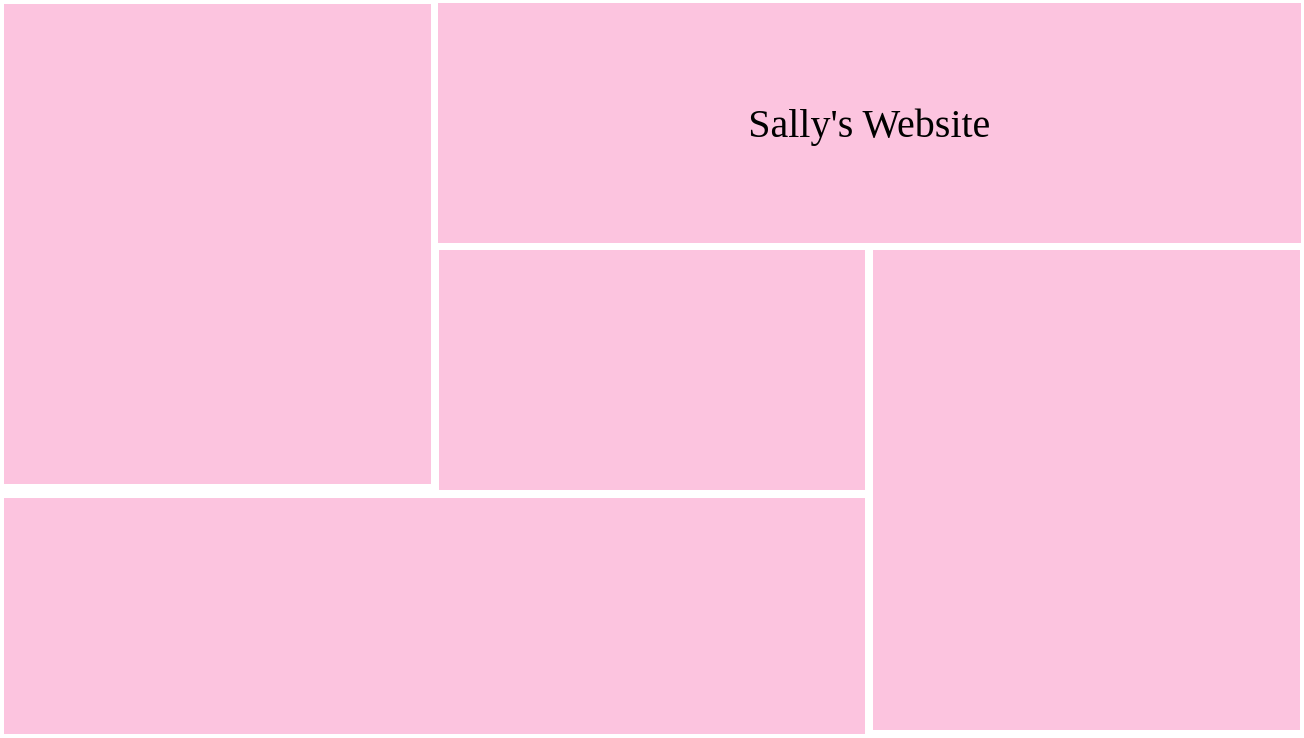
Repository: tianjiewang2022/tianjiewang2022.github.io
Page: index.html
These files come from the project's save history. The page is drawn as it stood at one moment and after the next save; the edit follows.
The browser window is 1280 px wide. The page is 1304 px wide, so the pictures cover 1304 px, including what lies to the right of the window. The pictures show the whole page.

Above is the page before, as saved 2023-10-03 18:55:42.

### index.html
<!DOCTYPE html>
<html lang="en">

    <head>
        <meta charset="UTF-8">
        <meta name="viewport" content="width=device-width, initial-scale=1.0">
        <title>Sally's Webpage</title>
        <style>
            body {
                margin: 0;
                padding: 0;
                display: grid;
                grid-template-rows: repeat(3, 1fr);
                grid-template-columns: repeat(3, 1fr);
                height: 100vh;
            }

            header {
                background-color: rgb(252, 196, 223);
                color: rgb(0, 0, 0);
                grid-column: 2 / span 2;
                grid-row: 1 / span 1;
                display: flex;
                justify-content: center;
                align-items: center;
                font-size: 40px;
                z-index: 100;
                height: calc(100vh / 3);
                /* Set the height of the header */
                border: 3px solid #fff;
            }

            .left_bar {
                background-color: rgb(252, 196, 223);
                grid-row: 1 / span 2;
                grid-column: 1 / span 1;
                height: calc(2 * (100vh / 3));
                /* Set the height of the left bar */
                width: calc(1 * (100vw / 3));
                /* Set the width of the left bar */
                /* Position the left bar at the left side */
                border: 4px solid #fff;
            }

            .main_area {
                background-color: rgb(252, 196, 223);
                grid-row: 2 / span 1;
                grid-column: 2 / span 1;
                display: flex;
                grid-template-columns: 1fr;
                flex-wrap: wrap;
                justify-content: center;
                position: relative;
                height: calc(1 * (100vh / 3));
                width: calc(1 * (100vw / 3));
                align-items: center;
                border: 4px solid #fff;
            }

            .right_bar {
                background-color: rgb(252, 196, 223);
                grid-row: 2 / span 2;
                grid-column: 3 / span 1;
                height: calc(2 * (100vh / 3));
                /* Set the height of the left bar */
                width: calc(1 * (100vw / 3));
                /* Set the width of the left bar */
                /* Position the left bar at the left side */
                border: 4px solid #fff;
            }

            footer {
                background-color: rgb(252, 196, 223);
                grid-column: 1 / span 2;
                grid-row: 3 / span 1;
                /* Place the footer in the last row */
                display: flex;
                justify-content: center;
                align-items: center;
                z-index: 100;
                /* Set the height of the footer */
                border: 4px solid #fff;
            }
        </style>
    </head>

    <body>
        <header>
            Sally's Website
        </header>

        <!-- Your content goes here -->
        <div class="left_bar"></div>
        <div class="main_area"> <!-- Centered box -->
        </div>
        <span class="right_bar"></span>

        <footer></footer>
    </body>

</html>

After the next save:
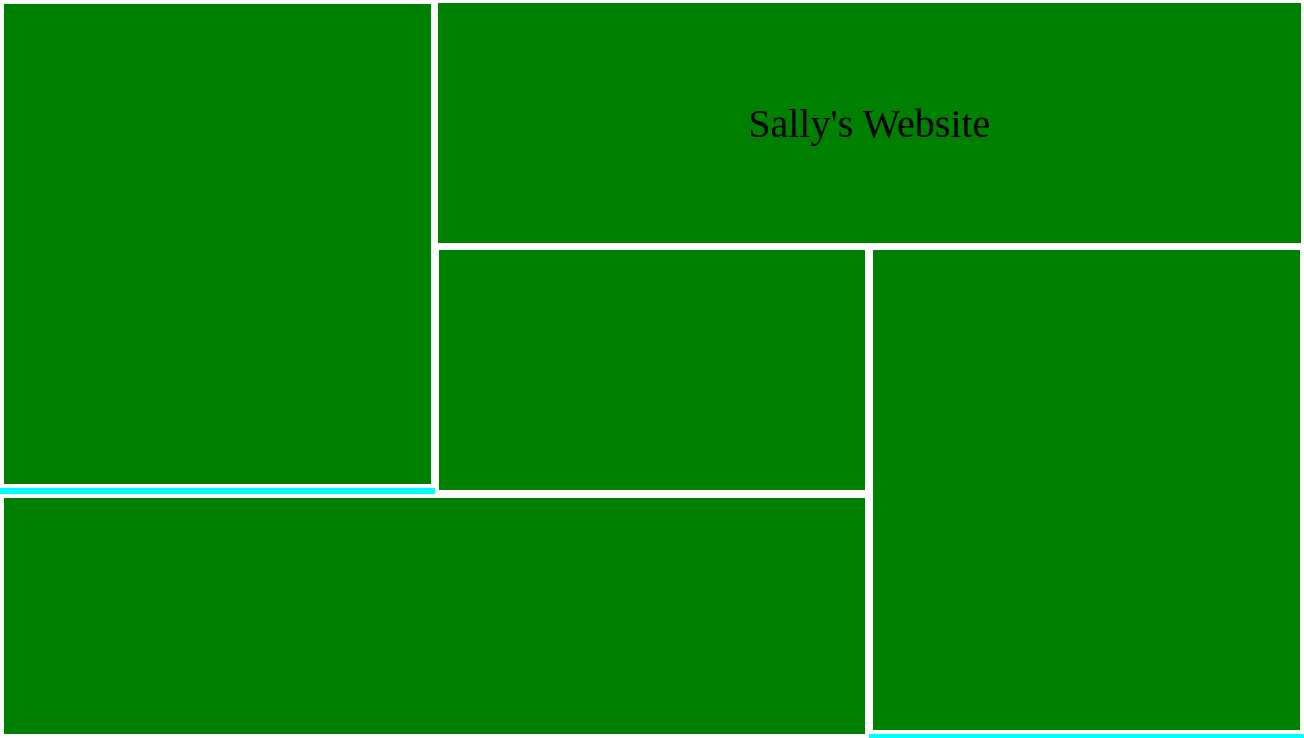
Saved 67 s later.
--- a/index.html
+++ b/index.html
@@ -13,10 +13,11 @@
                 grid-template-rows: repeat(3, 1fr);
                 grid-template-columns: repeat(3, 1fr);
                 height: 100vh;
+                background-color: aqua;
             }
 
             header {
-                background-color: rgb(252, 196, 223);
+                background-color: green;
                 color: rgb(0, 0, 0);
                 grid-column: 2 / span 2;
                 grid-row: 1 / span 1;
@@ -31,7 +32,7 @@
             }
 
             .left_bar {
-                background-color: rgb(252, 196, 223);
+                background-color: green;
                 grid-row: 1 / span 2;
                 grid-column: 1 / span 1;
                 height: calc(2 * (100vh / 3));
@@ -43,7 +44,7 @@
             }
 
             .main_area {
-                background-color: rgb(252, 196, 223);
+                background-color: green;
                 grid-row: 2 / span 1;
                 grid-column: 2 / span 1;
                 display: flex;
@@ -58,7 +59,7 @@
             }
 
             .right_bar {
-                background-color: rgb(252, 196, 223);
+                background-color: green;
                 grid-row: 2 / span 2;
                 grid-column: 3 / span 1;
                 height: calc(2 * (100vh / 3));
@@ -70,7 +71,7 @@
             }
 
             footer {
-                background-color: rgb(252, 196, 223);
+                background-color: green;
                 grid-column: 1 / span 2;
                 grid-row: 3 / span 1;
                 /* Place the footer in the last row */
